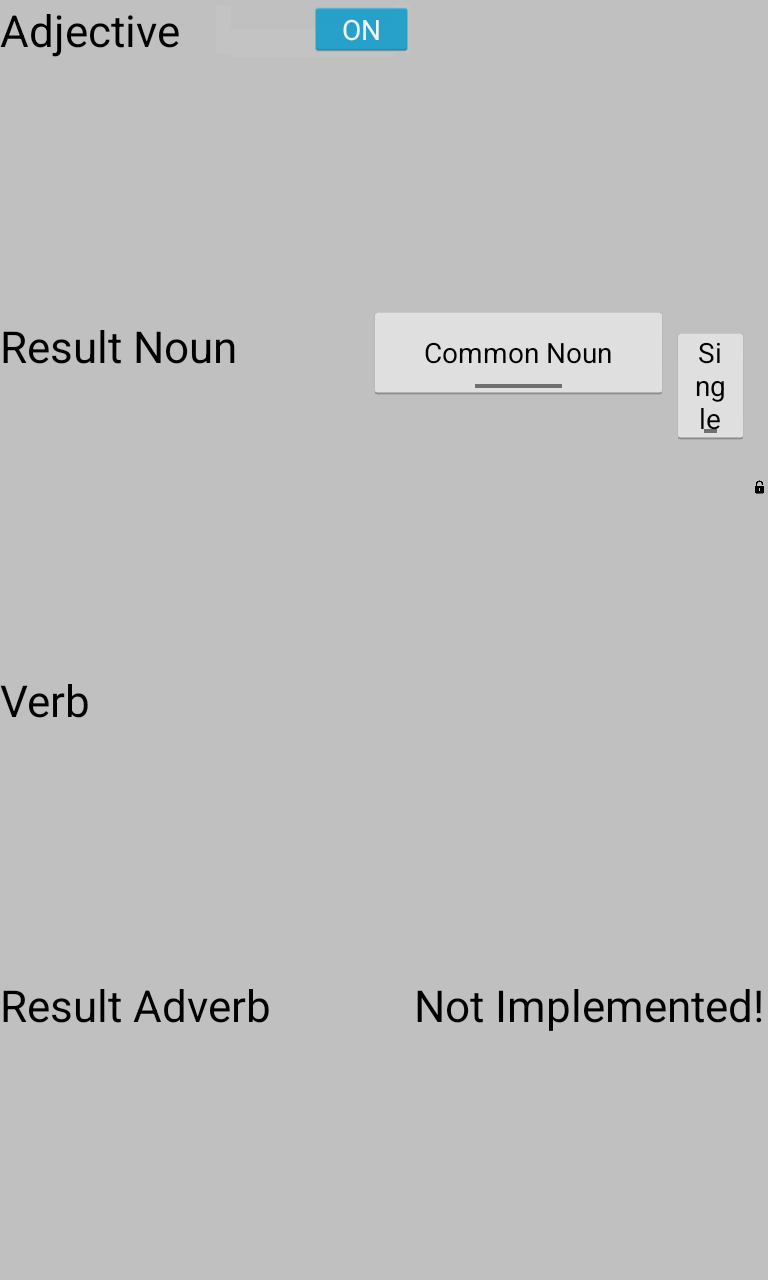
Repository: TheDizzler/TableTopTools
Layout: RPGTools/res/layout/fragment_result_controls.xml
The author's editor kept a copy of each file at every save. The layout is drawn from the files as they stood at one save, then again after the next save.
It is drawn on a 768 x 1280 px phone screen (xhdpi) without system bars, with theme AppTheme; the app's code is not run.

Above is the layout before, as saved 2017-03-22 09:46:48.

### RPGTools/res/layout/fragment_result_controls.xml
<?xml version="1.0" encoding="utf-8"?>
<TableLayout xmlns:android="http://schemas.android.com/apk/res/android"
    android:layout_width="match_parent"
    android:layout_height="match_parent"
    android:background="#C0C0C0"
    android:measureWithLargestChild="true"
    android:orientation="vertical"
    android:weightSum="4" >

    <TableRow
        android:id="@+id/tableRow1"
        android:layout_width="match_parent"
        android:layout_height="wrap_content"
        android:layout_weight="1"
        android:orientation="horizontal"
        android:weightSum="4" >

        <Switch
            android:id="@+id/switch_resultAdjective"
            android:layout_width="wrap_content"
            android:layout_height="wrap_content"
            android:layout_span="1"
            android:checked="true"
            android:text="Adjective"
            android:textAppearance="?android:attr/textAppearanceLarge" />

        <Spinner
            android:id="@+id/spacer1"
            android:layout_width="wrap_content"
            android:layout_height="match_parent"
            android:layout_span="2"
            android:layout_weight="1"
            android:visibility="invisible" />

        <ImageView
            android:id="@+id/lockBtn_resultAdjective"
            android:layout_width="32dp"
            android:layout_height="match_parent"
            android:layout_span="1"
            android:layout_weight="1"
            android:src="@drawable/unlocked" />
    </TableRow>

    <TableRow
        android:id="@+id/tableRow2_noun"
        android:layout_width="match_parent"
        android:layout_height="wrap_content"
        android:layout_weight="1"
        android:weightSum="4" >

        <TextView
            android:id="@+id/textView2"
            android:layout_width="wrap_content"
            android:layout_height="wrap_content"
            android:layout_span="1"
            android:layout_weight="1"
            android:text="Result Noun"
            android:textAppearance="?android:attr/textAppearanceLarge" />

        <ToggleButton
            android:id="@+id/toggleBtn_resultProperNoun"
            android:layout_width="wrap_content"
            android:layout_height="wrap_content"
            android:layout_span="1"
            android:layout_weight="1"
            android:textOff="Common Noun"
            android:textOn="Proper Noun" />

        <ToggleButton
            android:id="@+id/toggleBtn_resultNounPlural"
            android:layout_width="wrap_content"
            android:layout_height="wrap_content"
            android:layout_span="1"
            android:layout_weight="1"
            android:textOff="Single"
            android:textOn="Plural" />

        <ImageView
            android:id="@+id/lockBtn_resultNoun"
            android:layout_width="32dp"
            android:layout_height="match_parent"
            android:layout_span="1"
            android:layout_weight="1"
            android:src="@drawable/unlocked" />
    </TableRow>

    <TableRow
        android:id="@+id/tableRow3"
        android:layout_width="match_parent"
        android:layout_height="wrap_content"
        android:layout_weight="1"
        android:weightSum="4" >

        <TextView
            android:id="@+id/textView1"
            android:layout_width="wrap_content"
            android:layout_height="wrap_content"
            android:layout_span="1"
            android:text="Verb"
            android:textAppearance="?android:attr/textAppearanceLarge" />

        <Spinner
            android:id="@+id/spacer2"
            android:layout_width="wrap_content"
            android:layout_height="match_parent"
            android:layout_span="2"
            android:layout_weight="1"
            android:visibility="invisible" />

        <ImageView
            android:id="@+id/lockBtn_resultVerb"
            android:layout_width="32dp"
            android:layout_height="match_parent"
            android:layout_span="1"
            android:layout_weight="1"
            android:src="@drawable/unlocked" />
    </TableRow>

    <TableRow
        android:id="@+id/tableRow4"
        android:layout_width="match_parent"
        android:layout_height="wrap_content"
        android:layout_weight="1"
        android:weightSum="4" >

        <TextView
            android:id="@+id/textView3"
            android:layout_width="wrap_content"
            android:layout_height="wrap_content"
            android:layout_span="1"
            android:text="Result Adverb"
            android:textAppearance="?android:attr/textAppearanceLarge" />

        <TextView
            android:id="@+id/textView4"
            android:layout_width="wrap_content"
            android:layout_height="wrap_content"
            android:layout_span="1"
            android:text="Not Implemented!"
            android:textAppearance="?android:attr/textAppearanceLarge" />
    </TableRow>

</TableLayout>

Loaded but not shown: RPGTools/res/values/styles.xml (common file); RPGTools/res/values-v11/styles.xml (common file); RPGTools/res/values-v14/styles.xml (common file)

After the next save:
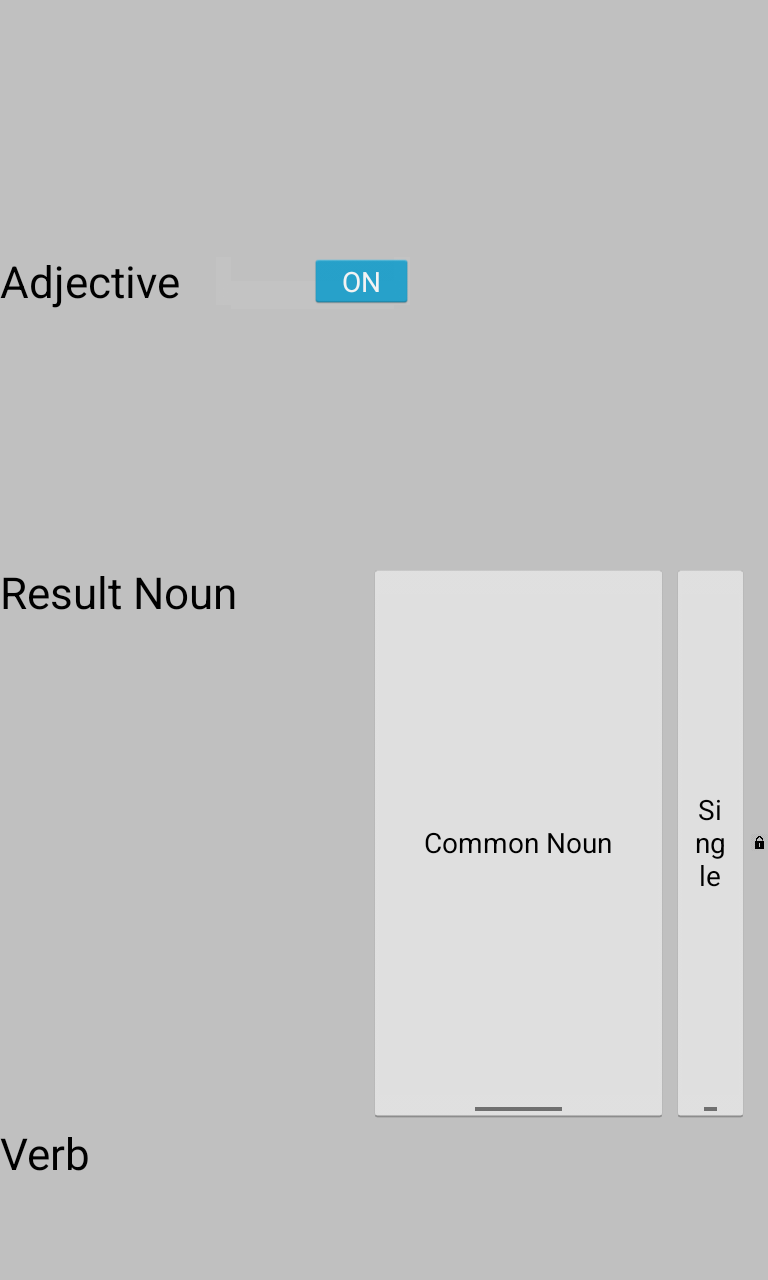
Saved 45 s later.
--- a/RPGTools/res/layout/fragment_result_controls.xml
+++ b/RPGTools/res/layout/fragment_result_controls.xml
@@ -18,7 +18,7 @@
         <Switch
             android:id="@+id/switch_resultAdjective"
             android:layout_width="wrap_content"
-            android:layout_height="wrap_content"
+            android:layout_height="match_parent"
             android:layout_span="1"
             android:checked="true"
             android:text="Adjective"
@@ -51,7 +51,7 @@
         <TextView
             android:id="@+id/textView2"
             android:layout_width="wrap_content"
-            android:layout_height="wrap_content"
+            android:layout_height="match_parent"
             android:layout_span="1"
             android:layout_weight="1"
             android:text="Result Noun"
@@ -60,7 +60,7 @@
         <ToggleButton
             android:id="@+id/toggleBtn_resultProperNoun"
             android:layout_width="wrap_content"
-            android:layout_height="wrap_content"
+            android:layout_height="match_parent"
             android:layout_span="1"
             android:layout_weight="1"
             android:textOff="Common Noun"
@@ -69,7 +69,7 @@
         <ToggleButton
             android:id="@+id/toggleBtn_resultNounPlural"
             android:layout_width="wrap_content"
-            android:layout_height="wrap_content"
+            android:layout_height="match_parent"
             android:layout_span="1"
             android:layout_weight="1"
             android:textOff="Single"
@@ -94,7 +94,7 @@
         <TextView
             android:id="@+id/textView1"
             android:layout_width="wrap_content"
-            android:layout_height="wrap_content"
+            android:layout_height="match_parent"
             android:layout_span="1"
             android:text="Verb"
             android:textAppearance="?android:attr/textAppearanceLarge" />
@@ -126,7 +126,7 @@
         <TextView
             android:id="@+id/textView3"
             android:layout_width="wrap_content"
-            android:layout_height="wrap_content"
+            android:layout_height="match_parent"
             android:layout_span="1"
             android:text="Result Adverb"
             android:textAppearance="?android:attr/textAppearanceLarge" />
@@ -134,7 +134,7 @@
         <TextView
             android:id="@+id/textView4"
             android:layout_width="wrap_content"
-            android:layout_height="wrap_content"
+            android:layout_height="match_parent"
             android:layout_span="1"
             android:text="Not Implemented!"
             android:textAppearance="?android:attr/textAppearanceLarge" />
